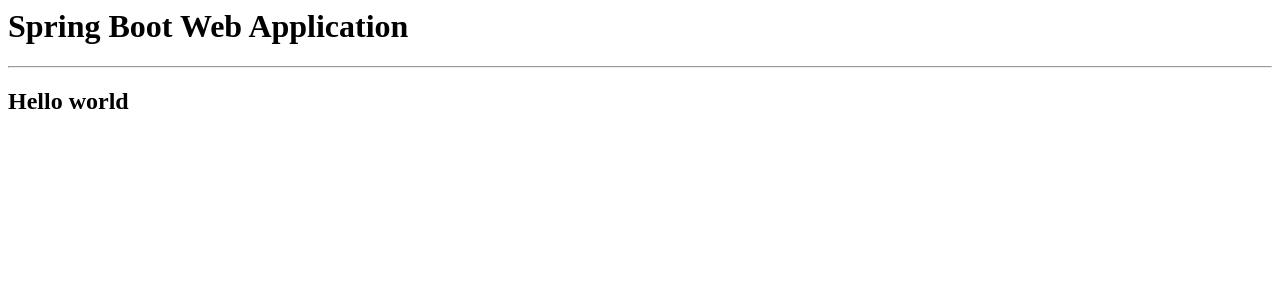
Repository: jayaprakash1250/SpringBootProjects
Page: springWebProject/src/main/webapp/helloworld.html
These files come from the project's save history. The page is drawn as it stood at one moment and after the next save; the edit follows.
The browser window is 1280 px wide. The pictures show the whole page.

Above is the page before, as saved 2022-05-31 06:44:59.

After the next save:
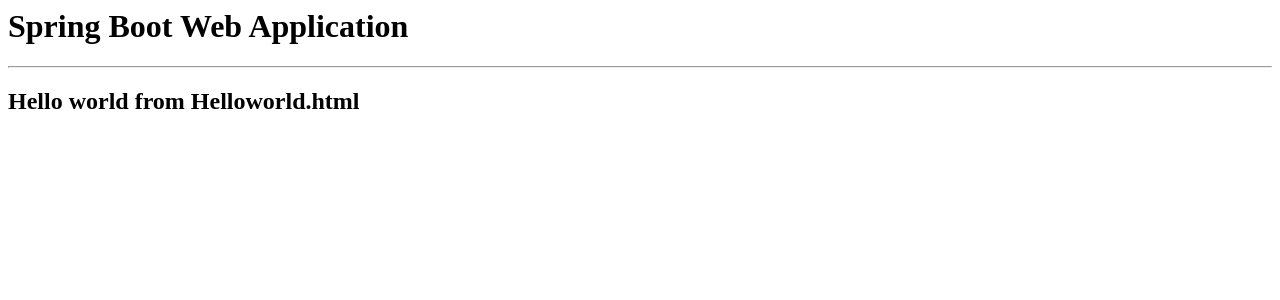
Saved 17 s later.
--- a/springWebProject/src/main/webapp/helloworld.html
+++ b/springWebProject/src/main/webapp/helloworld.html
@@ -7,6 +7,6 @@
    <body>
       <h1> Spring Boot Web Application </h1>
       <hr>
-      <h2> Hello world </h2>
+      <h2> Hello world  from Helloworld.html</h2>
    </body>
 </html>
